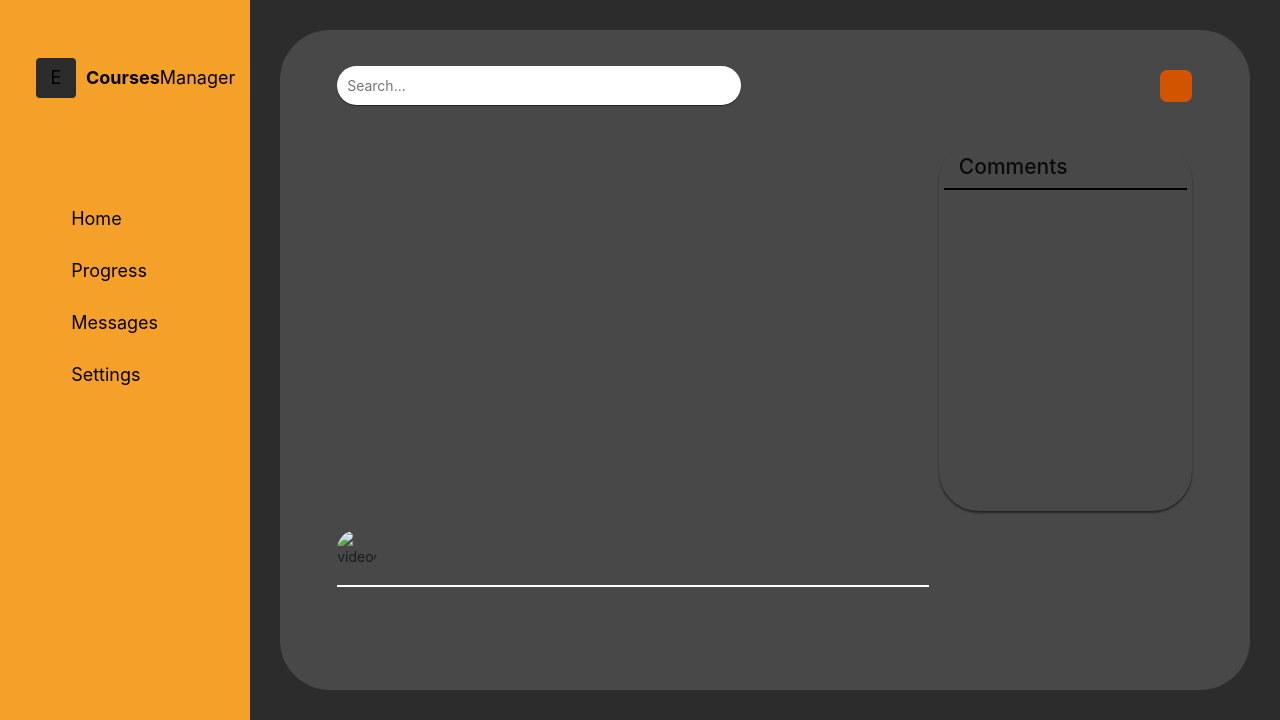
Repository: huynhnt1406/coursestorage
Page: /videodetail/1 (app in coursestorage/)
An editor plug-in stored every save of this project. The page is shown before and after the next save, followed by the edit.
The browser window is 1280 px wide. The pictures show the whole page.
The page's requests for data from a server got no answer. The project was rebuilt for these pictures with package versions that can differ from the ones it lists, and the page was loaded fresh each time. No one was signed in, and anything a server would have sent is missing. Also part of the build but not shown: coursestorage/src/components/ListItems.vue, coursestorage/src/components/VideoList.vue, coursestorage/src/smallcomponents/Messages.vue, coursestorage/src/smallcomponents/Progress.vue, coursestorage/src/smallcomponents/Settings.vue.

Above is the page before, as saved 2021-05-02 01:27:36.

### coursestorage/src/main.js
import Vue from 'vue'
import App from './App.vue'
import 'ant-design-vue/dist/antd.css'
import Antd from 'ant-design-vue';
import router from './router/index';
import store from './stores/index'
Vue.config.productionTip = false
Vue.use(Antd);
new Vue({
  router,
  store,
  render: h => h(App),
}).$mount('#app')

### coursestorage/src/App.vue
<template>
  <div class="container">
    <div class="sidebar">
      <Sidebar/>
    </div>
    <div class="main">
      <SearchBar/>
      <router-view/>
    </div>
  </div>
</template>

<script>
import Sidebar from './components/Sidebar'
import SearchBar from './components/SearchBar'
export default {
  components:{
    Sidebar,
    SearchBar,
  }
}
</script>

<style>
*{
  margin:0
}
.container{
  background-color:#2C2C2C;
  min-height: 100vh;
  display: flex;
}
.main{
  flex:0.8;
  background-color:#484848;
  margin:30px;
  border-radius: 50px;
}
</style>

### coursestorage/src/router/index.js
import Vue from 'vue'
import VueRouter from 'vue-router'
import VideoList from '../components/VideoList'
import Messages from '../smallcomponents/Messages'
import Progress from '../smallcomponents/Progress'
import Settings from '../smallcomponents/Settings'
import VideoDetail from '../smallcomponents/VideoDetail'
Vue.use(VueRouter)
const routes = [
    {
        path:'/',
        name:'VideoList',
        component:VideoList
    },
    {
        path:'/progress',
        name:'Progress',
        component:Progress
    },
    {
        path:'/messages',
        name:'Messages',
        component:Messages
    },
    {
        path:'/settings',
        name:'Settings',
        component:Settings
    },
    {
        path:'/videodetail/:id',
        name:'VideoDetail',
        component:VideoDetail,
        props:true
    }
]
export default new VueRouter({
    routes,
    mode:'history'
})

### coursestorage/src/stores/index.js
import Vue from 'vue'
import Vuex from 'vuex'
import videolists from './modules/videolists'
Vue.use(Vuex)

export default new Vuex.Store({
    modules:{
        videolists
    }
})

### coursestorage/src/components/Sidebar.vue
<template>
  <div class="sidebar">
      <div class="sidebar-header">
          <a-avatar shape="square" size="large" style="backgroundColor:#2C2C2C ; marginRight:10px">E</a-avatar>
          <span><strong>Courses</strong>Manager</span>
      </div>
      <div class="sidebar-links">
          <div class="link">
              <a-icon style="color:#484848 " type="appstore"/>
              <router-link class="sidebar-link" to="/"><span>Home</span></router-link>
          </div>
           <div class="link">
               <a-icon style="color:#484848 " type="bar-chart" />
               <router-link class="sidebar-link" to="/progress"><span>Progress</span></router-link>
          </div>
           <div class="link">
                <a-icon style="color:#484848 " type="message" />
                <router-link class="sidebar-link" to="/messages">

                <span>Messages</span></router-link>
          </div>
           <div class="link">
                <a-icon style="color:#484848 ; opacity:0.7" type="setting" />
                <router-link class="sidebar-link" to="/settings"><span>Settings</span></router-link>
          </div>
      </div>
  </div>
</template>

<script>
export default {

}
</script>

<style>
.sidebar{
    flex:0.2;
    background-color:#F5A028;
}
.sidebar-header{
    display: flex;
    align-items: center;
    justify-content: center;
    padding-top:8vh;
    padding-left:5vh;
    padding-right:2vh;
    padding-bottom:5vh;
}
.sidebar-header span{
    color:BLACK;
    font-size: large;
}
.sidebar-links{
    padding:8.5vh;
}
.link{
    display: flex;
    margin-bottom:5px;
    align-items: center;
    padding:10px 0 10px 0;
    color:BLACK;
}
.sidebar-link{
    color:BLACK;
    font-size: 18px;
}
.sidebar-link:focus{
    color:#d35400;
}
.link span{
    margin-left:10px;
}
.link:hover{
    color:#d35400;
    cursor: pointer;
}
</style>

### coursestorage/src/components/SearchBar.vue
<template>
  <div class="searchbar">
    <div class="search-tool">
        <a-icon type="search"  />
        <input type="text" placeholder="Search..." >
    </div>
    <div class="icons">
        <a-avatar shape="square" icon="user" type="user" style="color:black ;backgroundColor:transparent; border-radius:7px "  />
        <a-avatar shape="square" style="backgroundColor:#d35400 ;border-radius:7px " icon="fire" />
    </div>
  </div>
</template>

<script>
export default {

}
</script>

<style>
.searchbar{
    padding:5vh 8vh 5vh 8vh;
    display: flex;
    justify-content: space-between;
    align-items: center;
    flex:1;
}
.search-tool {
    background-color: white;
    box-shadow: 0 1px 1px rgba(0,0,0,.5);
    padding:8px;
    flex:0.5;
    border-radius: 20px;
}
.search-tool input{
    width: 50%;
    background-color: transparent;
    border:none;
    outline:none;
}
</style>

### coursestorage/src/smallcomponents/VideoDetail.vue
<template>
    <div class="video-detail">
        <div class="video-actions">
            <div class="video-left">
                <iframe height="370px" width="100%" :src="videodata.videoLink" frameborder="0"></iframe>
                <div class="video-stats">
                    <div class="stats-left">
                        <img :src="videodata.avatarUrl" alt="videodata.name">
                        <span>{{videodata.channelName}}</span>
                    </div>
                    <div class="stats-rights">
                        <div class="button">
                            <a-icon style="margin-right:5px ; color:white; font-weight:bold" type="like" />
                            <span>{{videodata.numLike}}</span>
                        </div>
                        <div class="button">
                            <a-icon style="margin-right:5px ; color:white; font-weight:bold" type="dislike" />
                            <span>{{videodata.numDislike}}</span>
                        </div>
                        <div style="margin-right:5px ; color:white; font-weight:bold" class="button">
                            <a-icon type="share-alt" />
                        </div>
                    </div>
                </div>
            </div>
            <div class="video-right">
                <h2>Comments</h2>
            </div>
        </div>
        <div class="video-subtitle">
            <h3>{{videodata.name}}</h3>
        </div>
    </div>
</template>

<script>
import axios from 'axios'
export default {
    props:{
        id:Number
    },
    data(){
        return{
            videodata:{
                id:'',
                name:'',
                numLike:'',
                numDislike:'',
                avatarUrl:'',
                videoLink:'',
                channelName:''
            }
        }
    },
    created(){
        axios.get(`http://localhost:3000/videolists/${this.id}`)
            .then(res => this.videodata = res.data)
    }
}
</script>

<style>
.video-actions{
    display: flex;
}
.video-left{
    flex:0.7;
}
.video-detail{
    margin-left: 8vh;
    margin-right: 8vh;
}
.stats-left img{
    height: 40px;
    width: 40px;
    border-radius: 50%;
}
.stats-left{
    display: flex;
    align-items: center;
}
.stats-rights{
    display: flex;
    align-items: center;
}
.video-stats{
    display: flex;
    justify-content: space-between;
    align-items: center;
    padding-top:2vh;
    padding-bottom: 2vh;
    border-bottom: 2px solid white;
}
.button{
    margin-left:3vh;
}
.video-left iframe {
    border-radius: 40px;
}
.stats-left span{
    font-weight: 700;
    color:white;
    font-size: 16px;
    margin-left:10px;
}
.button span{
    font-weight: 500;
    color:white;
    font-size: 15px;

}
.video-subtitle h3{
    margin-top: 2vh;
    color:white;
}
.video-right{
    height: 370px;
    flex:0.3;
    margin-left:10px;
    border-radius: 40px;
    box-shadow: 0 2px 2px rgba(0,0,0,.5);
}
.video-right h2{
    padding:5px 15px 5px 15px;
    border-bottom: 2px solid black;
    margin:5px;
}
</style>

### coursestorage/src/stores/modules/videolists.js
const state = {
    videolists:[
        {
            id:1,
            name:"Laravel 8 REST API With Sanctum Authentication",
            minutes:'54:14',
            avatarUrl:'https://yt3.ggpht.com/ytc/AAUvwng963DN2_MIbKuvMWRrN4KG920h3Y4YHg6KET9vZg=s176-c-k-c0x00ffffff-no-rj',
            thumnailUrl:'https://i.ytimg.com/vi/MT-GJQIY3EU/maxresdefault.jpg',
            channelName:'Traversy Media',
        },
        {
            id:2,
            name:"Node.js and Express.js - Full Course",
            minutes:'8:16:47',
            avatarUrl:'https://yt3.ggpht.com/ytc/AAUvwnifaQZvAunS0OFb2y_cieoVjLCVjqQW8Exf3BC1gg=s176-c-k-c0x00ffffff-no-rj',
            thumnailUrl:'https://i.ytimg.com/vi/Oe421EPjeBE/maxresdefault.jpg',
            channelName:'freeCodeCamp.org',
        },
        {
            id:3,
            name:"React JS - React Tutorial for Beginners",
            minutes:'2:25:26',
            avatarUrl:'https://yt3.ggpht.com/ytc/AAUvwnj82Lirw0dg6V5pJWAcWdG22OESyldUcDwAFEqQWg=s176-c-k-c0x00ffffff-no-rj',
            thumnailUrl:'https://i.ytimg.com/vi/Ke90Tje7VS0/maxresdefault.jpg',
            channelName:'Programming with Mosh',
        },
        {
            id:4,
            name:"Vuex Crash Course | State Management",
            minutes:'1:01:18',
            avatarUrl:'https://yt3.ggpht.com/ytc/AAUvwng963DN2_MIbKuvMWRrN4KG920h3Y4YHg6KET9vZg=s176-c-k-c0x00ffffff-no-rj',
            thumnailUrl:'https://i.ytimg.com/vi/5lVQgZzLMHc/maxresdefault.jpg',
            channelName:'Travesy Media',
        }
    ]
}
const getters = {
    allVideos: (state) => state.videolists
}
const actions = {}
const mutations = {}
export default {
    state, getters,actions,mutations
}

Loaded but not shown: coursestorage/public/index.html (common file)

After the next save:
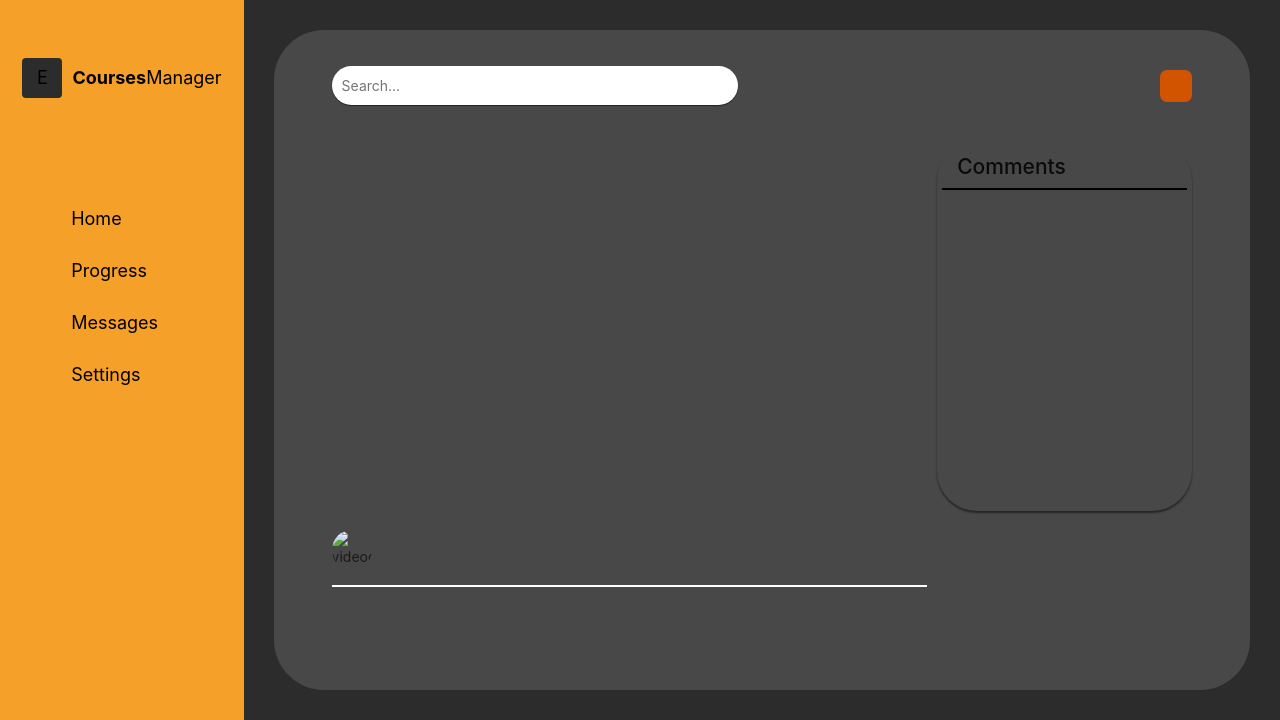
Saved 14 s later.
--- a/coursestorage/src/components/Sidebar.vue
+++ b/coursestorage/src/components/Sidebar.vue
@@ -43,7 +43,7 @@ export default {
     align-items: center;
     justify-content: center;
     padding-top:8vh;
-    padding-left:5vh;
+    padding-left:2vh;
     padding-right:2vh;
     padding-bottom:5vh;
 }
